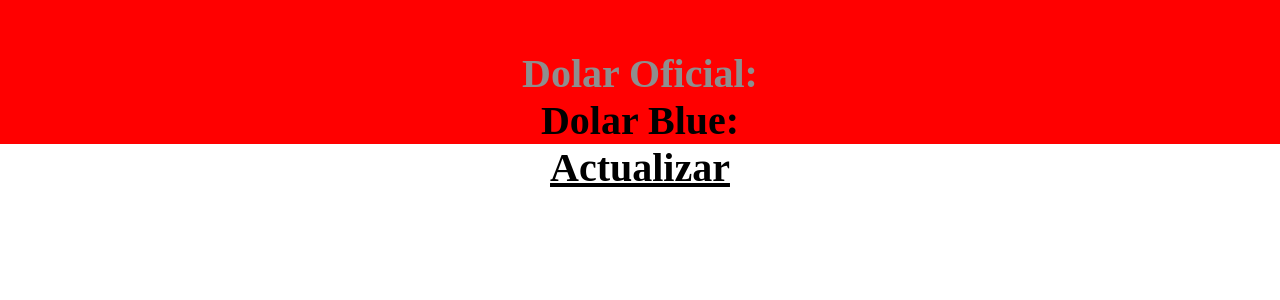
Repository: matias4633/Bill-Metal
Page: BillMetal/widget/BillMetal/index.html
These files come from the project's save history. The page is drawn as it stood at one moment and after the next save; the edit follows.
The browser window is 1280 px wide. The pictures show the whole page.
The page's requests for data from a server got no answer.

Above is the page before, as saved 2022-07-15 07:24:10.
Console error (its wording comes from the project's code and is left out).

After the next save:
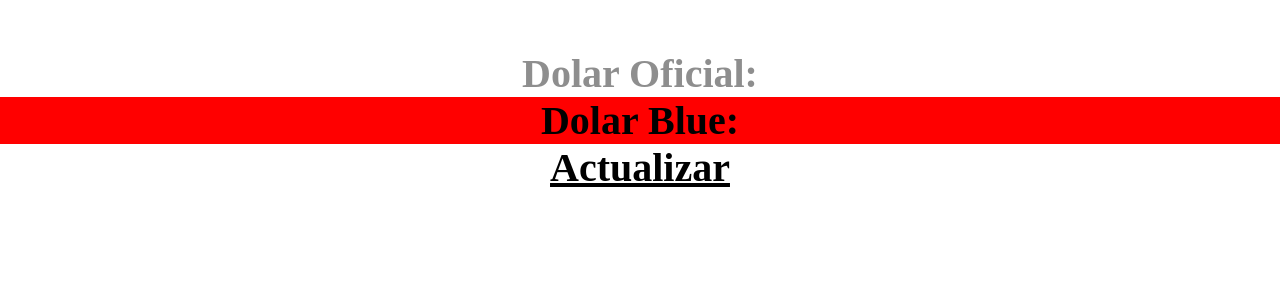
Saved 49 s later.
--- a/BillMetal/widget/BillMetal/css/style.css
+++ b/BillMetal/widget/BillMetal/css/style.css
@@ -24,10 +24,10 @@ body {
     vertical-align: text-bottom;
     margin: 0;
     text-align: center;
-    background: red
+    background: white;
 }
 #oficial {
-    background: blue;
+    background: white;
     font-weight: bold;
     font-size: 40px;
     text-align: center;
